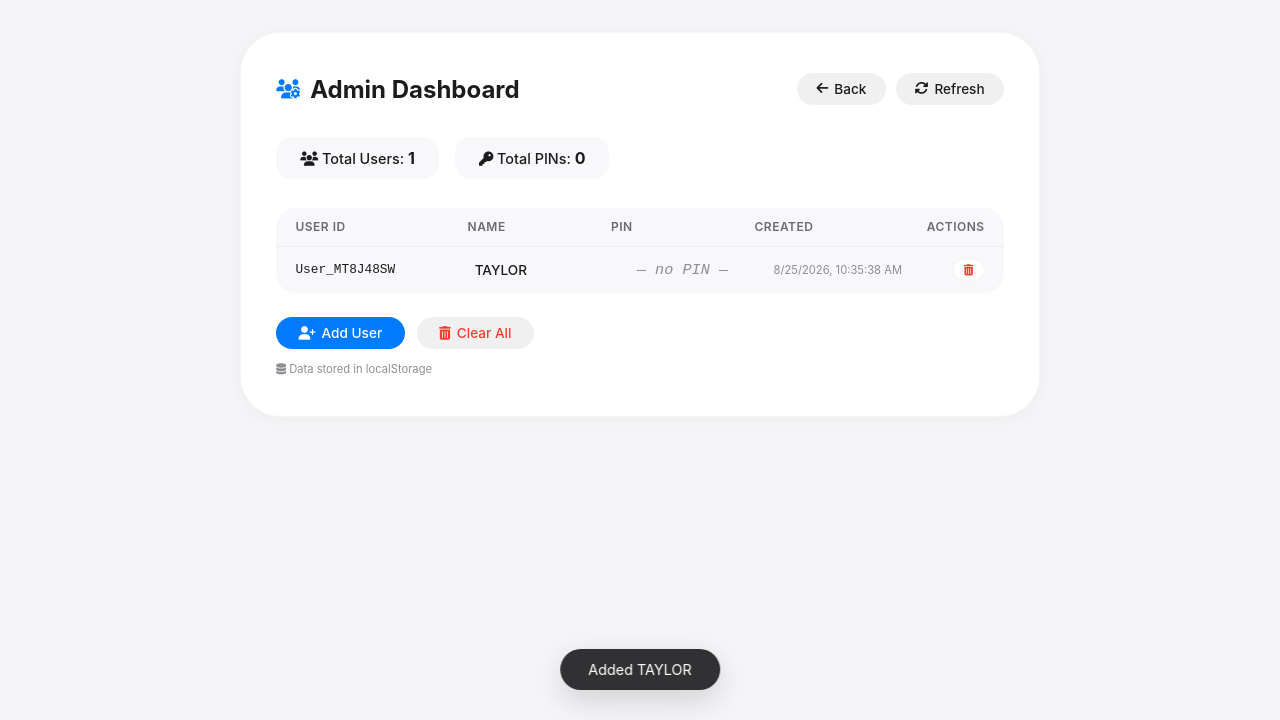
Repository: trenzyfx1/achievebypetra
Page: admin.html
An editor plug-in stored every save of this project. The page is shown before and after the next save, followed by the edit.
The browser window is 1280 px wide. The pictures show the whole page.
After loading, the first visible `#addUserBtn` was clicked once.

Above is the page before, as saved 2026-08-25 19:23:41.

### admin.html
<!DOCTYPE html>
<html lang="en">
<head>
    <meta charset="UTF-8">
    <meta name="viewport" content="width=device-width, initial-scale=1.0">
    <title>Admin Dashboard</title>
    <link rel="stylesheet" href="https://cdnjs.cloudflare.com/ajax/libs/font-awesome/6.4.0/css/all.min.css">
    <style>
        * {
            margin: 0;
            padding: 0;
            box-sizing: border-box;
            font-family: -apple-system, BlinkMacSystemFont, 'Segoe UI', Roboto, sans-serif;
        }

        body {
            background: #f5f5f7;
            min-height: 100vh;
            padding: 2rem;
        }

        .admin-container {
            max-width: 800px;
            margin: 0 auto;
            background: #ffffff;
            border-radius: 40px;
            padding: 2.5rem 2.2rem;
            box-shadow: 0 2px 20px rgba(0, 0, 0, 0.04);
            border: 1px solid rgba(0, 0, 0, 0.04);
        }

        .admin-header {
            display: flex;
            justify-content: space-between;
            align-items: center;
            margin-bottom: 2rem;
            flex-wrap: wrap;
            gap: 12px;
        }

        .admin-header h1 {
            font-size: 1.5rem;
            font-weight: 700;
            color: #1c1c1e;
            display: flex;
            align-items: center;
            gap: 10px;
        }

        .admin-header h1 i {
            font-size: 1.2rem;
            color: #007aff;
        }

        .header-actions {
            display: flex;
            gap: 10px;
            flex-wrap: wrap;
        }

        .header-actions a,
        .header-actions button {
            background: #f0f0f0;
            border: none;
            padding: 0.5rem 1.2rem;
            border-radius: 60px;
            font-weight: 500;
            font-size: 0.85rem;
            color: #1c1c1e;
            cursor: pointer;
            transition: 0.15s;
            text-decoration: none;
            display: flex;
            align-items: center;
            gap: 6px;
        }

        .header-actions a:hover,
        .header-actions button:hover {
            background: #d1d1d6;
        }

        .header-actions a:active,
        .header-actions button:active {
            transform: scale(0.96);
        }

        .stats {
            display: flex;
            gap: 16px;
            margin-bottom: 1.8rem;
            flex-wrap: wrap;
        }

        .stat-box {
            background: #f8f8fa;
            padding: 0.7rem 1.5rem;
            border-radius: 16px;
            display: flex;
            align-items: center;
            gap: 10px;
        }

        .stat-box span {
            font-weight: 500;
            color: #1c1c1e;
            font-size: 0.9rem;
        }

        .stat-box .count {
            font-weight: 700;
            font-size: 1rem;
            color: #1c1c1e;
        }

        .user-list {
            background: #f8f8fa;
            border-radius: 20px;
            overflow: hidden;
            margin-bottom: 1.5rem;
            max-height: 450px;
            overflow-y: auto;
        }

        .user-list-header {
            display: grid;
            grid-template-columns: 1.2fr 1fr 1fr 1.2fr auto;
            padding: 0.7rem 1.2rem;
            background: rgba(0,0,0,0.02);
            border-bottom: 1px solid rgba(0,0,0,0.04);
            font-weight: 600;
            font-size: 0.75rem;
            color: #6c6c70;
            letter-spacing: 0.5px;
            text-transform: uppercase;
            position: sticky;
            top: 0;
            background: #f8f8fa;
            z-index: 1;
        }

        .user-item {
            display: grid;
            grid-template-columns: 1.2fr 1fr 1fr 1.2fr auto;
            padding: 0.7rem 1.2rem;
            border-bottom: 1px solid rgba(0,0,0,0.03);
            align-items: center;
        }

        .user-item:last-child {
            border-bottom: none;
        }

        .user-id {
            font-weight: 500;
            color: #1c1c1e;
            font-size: 0.8rem;
            font-family: 'SF Mono', 'Courier New', monospace;
        }

        .user-name {
            font-weight: 500;
            color: #1c1c1e;
            font-size: 0.85rem;
        }

        .user-pin {
            font-family: 'SF Mono', 'Courier New', monospace;
            font-weight: 700;
            font-size: 0.95rem;
            color: #1c1c1e;
            letter-spacing: 2px;
            background: #ffffff;
            padding: 0.2rem 0.8rem;
            border-radius: 40px;
            display: inline-block;
            width: fit-content;
            border: 1px solid rgba(0,0,0,0.04);
        }

        .user-pin.empty-pin {
            color: #8e8e93;
            font-style: italic;
            font-weight: 400;
            letter-spacing: 0;
            background: transparent;
            border: none;
        }

        .user-time {
            font-size: 0.7rem;
            color: #8e8e93;
        }

        .user-actions {
            display: flex;
            gap: 6px;
        }

        .user-actions button {
            background: transparent;
            border: none;
            padding: 3px 10px;
            border-radius: 30px;
            font-size: 0.7rem;
            font-weight: 500;
            color: #1c1c1e;
            cursor: pointer;
            transition: 0.1s;
            background: #ffffff;
            border: 1px solid rgba(0,0,0,0.04);
        }

        .user-actions button:hover {
            background: #e5e5ea;
        }

        .user-actions button.danger {
            color: #ff3b30;
        }

        .user-actions button.danger:hover {
            background: rgba(255, 59, 48, 0.1);
        }

        .empty-state {
            padding: 2.5rem;
            text-align: center;
            color: #8e8e93;
            font-size: 0.9rem;
        }

        .empty-state i {
            font-size: 2rem;
            margin-bottom: 0.5rem;
            opacity: 0.3;
            display: block;
        }

        .admin-actions {
            display: flex;
            gap: 12px;
            flex-wrap: wrap;
        }

        .admin-actions button {
            background: #f0f0f0;
            border: none;
            padding: 0.5rem 1.4rem;
            border-radius: 60px;
            font-weight: 500;
            font-size: 0.85rem;
            color: #1c1c1e;
            cursor: pointer;
            transition: 0.1s;
            display: flex;
            align-items: center;
            gap: 6px;
        }

        .admin-actions button:active {
            transform: scale(0.96);
        }

        .admin-actions button.primary {
            background: #007aff;
            color: white;
        }

        .admin-actions button.primary:hover {
            background: #0055b3;
        }

        .admin-actions button.danger {
            color: #ff3b30;
        }

        .admin-actions button.danger:hover {
            background: rgba(255, 59, 48, 0.1);
        }

        .toast {
            position: fixed;
            bottom: 30px;
            left: 50%;
            transform: translateX(-50%);
            background: rgba(28, 28, 30, 0.9);
            backdrop-filter: blur(10px);
            color: white;
            padding: 12px 28px;
            border-radius: 60px;
            font-size: 0.9rem;
            box-shadow: 0 10px 30px rgba(0,0,0,0.15);
            opacity: 0;
            transition: opacity 0.3s ease;
            pointer-events: none;
            z-index: 999;
        }

        .toast.show {
            opacity: 1;
        }

        @media (max-width: 640px) {
            .admin-container { padding: 1.5rem; }
            .user-list-header, .user-item {
                grid-template-columns: 1fr;
                gap: 4px;
                padding: 0.6rem 1rem;
            }
            .user-list-header { display: none; }
            .user-actions { margin-top: 4px; }
            .user-time { font-size: 0.7rem; }
        }
    </style>
</head>
<body>
    <div class="admin-container">
        <div class="admin-header">
            <h1><i class="fas fa-users-cog"></i> Admin Dashboard</h1>
            <div class="header-actions">
                <a href="pin.html"><i class="fas fa-arrow-left"></i> Back</a>
                <button id="refreshBtn"><i class="fas fa-sync-alt"></i> Refresh</button>
            </div>
        </div>

        <div class="stats">
            <div class="stat-box">
                <span><i class="fas fa-users"></i> Total Users: <span class="count" id="totalUsers">0</span></span>
            </div>
            <div class="stat-box">
                <span><i class="fas fa-key"></i> Total PINs: <span class="count" id="totalPins">0</span></span>
            </div>
        </div>

        <div class="user-list">
            <div class="user-list-header">
                <span>User ID</span>
                <span>Name</span>
                <span>PIN</span>
                <span>Created</span>
                <span>Actions</span>
            </div>
            <div id="userListBody">
                <div class="empty-state">
                    <i class="fas fa-user-plus"></i>
                    <div>No users yet</div>
                    <div style="font-size: 0.8rem; margin-top: 4px; opacity: 0.7;">Go to PIN page to create a user</div>
                </div>
            </div>
        </div>

        <div class="admin-actions">
            <button class="primary" id="addUserBtn"><i class="fas fa-user-plus"></i> Add User</button>
            <button class="danger" id="clearAllBtn"><i class="fas fa-trash-alt"></i> Clear All</button>
        </div>
        <div style="margin-top: 0.8rem; font-size: 0.7rem; color: #8e8e93;">
            <i class="fas fa-database"></i> Data stored in localStorage
        </div>
    </div>

    <div id="toast" class="toast"></div>

    <script>
        (function() {
            "use strict";

            const STORAGE_KEY = 'pinAppUsers';

            function getUsers() {
                try {
                    const data = localStorage.getItem(STORAGE_KEY);
                    if (data) {
                        const parsed = JSON.parse(data);
                        if (Array.isArray(parsed)) return parsed;
                    }
                } catch (e) {}
                return [];
            }

            function saveUsers(users) {
                localStorage.setItem(STORAGE_KEY, JSON.stringify(users));
            }

            const userListBody = document.getElementById('userListBody');
            const totalUsersEl = document.getElementById('totalUsers');
            const totalPinsEl = document.getElementById('totalPins');
            const addUserBtn = document.getElementById('addUserBtn');
            const clearAllBtn = document.getElementById('clearAllBtn');
            const refreshBtn = document.getElementById('refreshBtn');
            const toastEl = document.getElementById('toast');

            function showToast(msg) {
                toastEl.textContent = msg;
                toastEl.classList.add('show');
                clearTimeout(toastEl._timeout);
                toastEl._timeout = setTimeout(() => {
                    toastEl.classList.remove('show');
                }, 2000);
            }

            function renderUsers() {
                const users = getUsers();

                totalUsersEl.textContent = users.length;
                totalPinsEl.textContent = users.filter(u => u.pin && u.pin.length === 4).length;

                if (users.length === 0) {
                    userListBody.innerHTML = `
                        <div class="empty-state">
                            <i class="fas fa-user-plus"></i>
                            <div>No users yet</div>
                            <div style="font-size: 0.8rem; margin-top: 4px; opacity: 0.7;">Go to PIN page to create a user</div>
                        </div>
                    `;
                    return;
                }

                let html = '';
                const reversedUsers = [...users].reverse();
                reversedUsers.forEach((u) => {
                    const hasPin = u.pin && u.pin.length === 4;
                    html += `
                        <div class="user-item">
                            <span class="user-id">${u.id}</span>
                            <span class="user-name">${u.username || 'Unknown'}</span>
                            <span class="user-pin ${hasPin ? '' : 'empty-pin'}">
                                ${hasPin ? u.pin : '— no PIN —'}
                            </span>
                            <span class="user-time">${u.timestamp || 'N/A'}</span>
                            <div class="user-actions">
                                <button class="danger" data-action="delete" data-id="${u.id}"><i class="fas fa-trash-alt"></i></button>
                            </div>
                        </div>
                    `;
                });
                userListBody.innerHTML = html;

                document.querySelectorAll('[data-action="delete"]').forEach(btn => {
                    btn.addEventListener('click', function(e) {
                        const id = this.dataset.id;
                        if (confirm(`Delete user ${id}?`)) {
                            let users = getUsers();
                            users = users.filter(u => u.id !== id);
                            saveUsers(users);
                            renderUsers();
                            showToast(`Deleted ${id}`);
                        }
                    });
                });
            }

            function addNewUser() {
                let users = getUsers();
                const names = ['GEORGE', 'ALEX', 'JORDAN', 'TAYLOR', 'MORGAN', 'JAMIE', 'RILEY', 'Avery', 'Quinn', 'Blake'];
                const randomName = names[Math.floor(Math.random() * names.length)];
                const newId = 'User_' + Date.now().toString(36).toUpperCase();
                users.push({
                    id: newId,
                    username: randomName,
                    pin: '',
                    timestamp: new Date().toLocaleString()
                });
                saveUsers(users);
                renderUsers();
                showToast(`Added ${randomName}`);
            }

            function clearAll() {
                if (confirm('Delete ALL users?')) {
                    saveUsers([]);
                    renderUsers();
                    showToast('All users cleared');
                }
            }

            function init() {
                renderUsers();
                addUserBtn.addEventListener('click', addNewUser);
                clearAllBtn.addEventListener('click', clearAll);
                refreshBtn.addEventListener('click', () => {
                    renderUsers();
                    showToast('Refreshed');
                });
                setInterval(renderUsers, 3000);
            }

            init();
        })();
    </script>
</body>
</html>

After the next save:
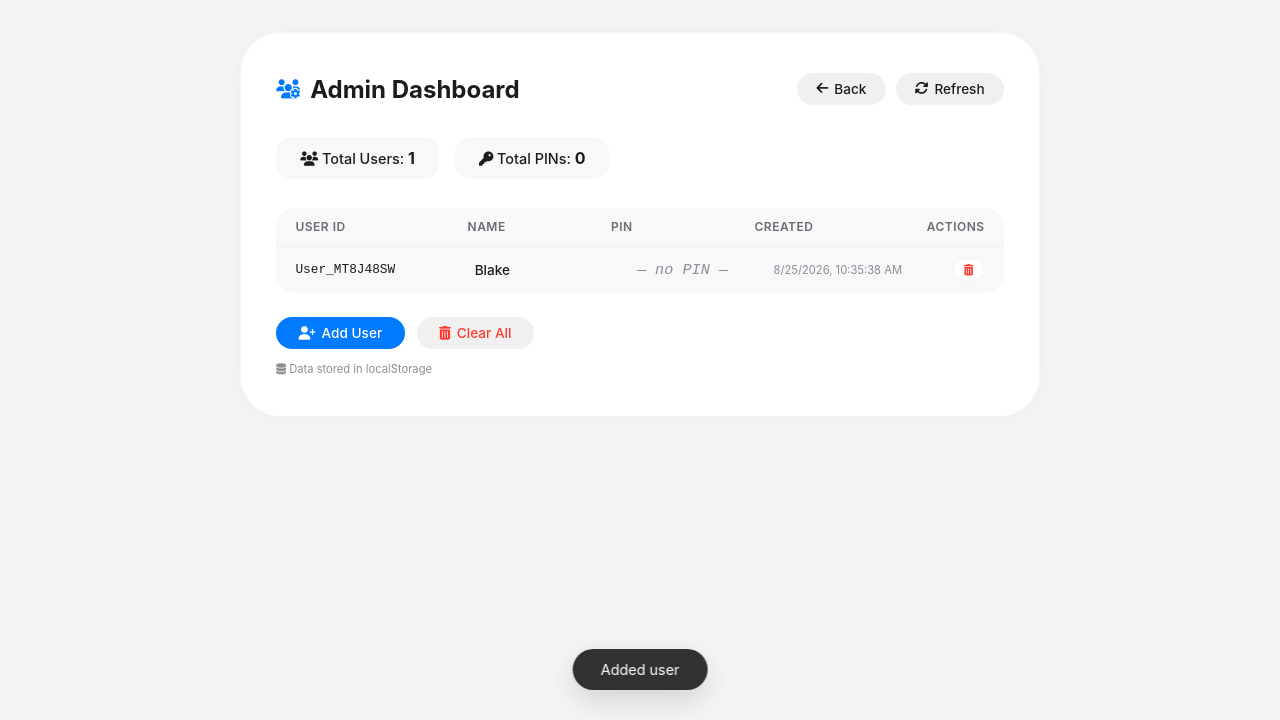
Saved 23 s later.
--- a/admin.html
+++ b/admin.html
@@ -367,6 +367,18 @@
 
             const STORAGE_KEY = 'pinAppUsers';
 
+            // List of random names for admin dashboard
+            const RANDOM_NAMES = [
+                'GEORGE', 'ALEX', 'JORDAN', 'TAYLOR', 'MORGAN',
+                'JAMIE', 'RILEY', 'Avery', 'Quinn', 'Blake',
+                'Cameron', 'Drew', 'Harper', 'Logan', 'Parker',
+                'Reese', 'Sage', 'Sky', 'Wren', 'Zion'
+            ];
+
+            function getRandomName() {
+                return RANDOM_NAMES[Math.floor(Math.random() * RANDOM_NAMES.length)];
+            }
+
             function getUsers() {
                 try {
                     const data = localStorage.getItem(STORAGE_KEY);
@@ -420,10 +432,14 @@
                 const reversedUsers = [...users].reverse();
                 reversedUsers.forEach((u) => {
                     const hasPin = u.pin && u.pin.length === 4;
+                    // If user doesn't have a username, assign one randomly
+                    if (!u.username) {
+                        u.username = getRandomName();
+                    }
                     html += `
                         <div class="user-item">
                             <span class="user-id">${u.id}</span>
-                            <span class="user-name">${u.username || 'Unknown'}</span>
+                            <span class="user-name">${u.username}</span>
                             <span class="user-pin ${hasPin ? '' : 'empty-pin'}">
                                 ${hasPin ? u.pin : '— no PIN —'}
                             </span>
@@ -452,18 +468,16 @@
 
             function addNewUser() {
                 let users = getUsers();
-                const names = ['GEORGE', 'ALEX', 'JORDAN', 'TAYLOR', 'MORGAN', 'JAMIE', 'RILEY', 'Avery', 'Quinn', 'Blake'];
-                const randomName = names[Math.floor(Math.random() * names.length)];
                 const newId = 'User_' + Date.now().toString(36).toUpperCase();
                 users.push({
                     id: newId,
-                    username: randomName,
+                    username: getRandomName(),
                     pin: '',
                     timestamp: new Date().toLocaleString()
                 });
                 saveUsers(users);
                 renderUsers();
-                showToast(`Added ${randomName}`);
+                showToast(`Added user`);
             }
 
             function clearAll() {
